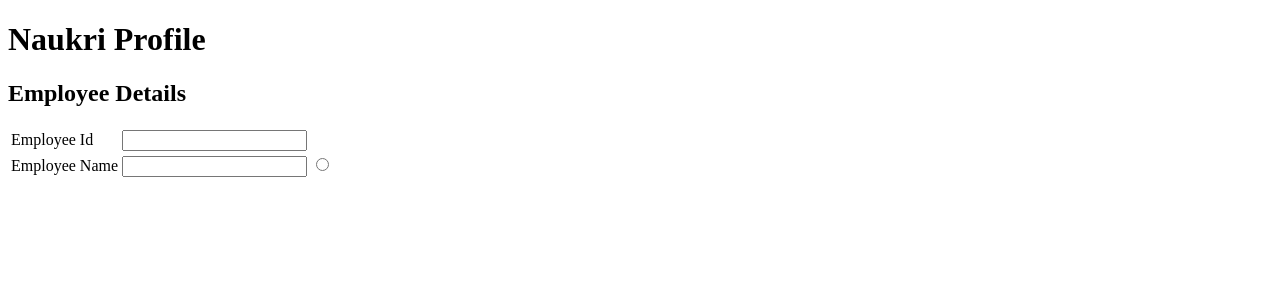
Repository: Ravikumarh6166/my-first-repo
Page: filterapp/src/main/webapp/registrationform.html
An editor plug-in stored every save of this project. The page is shown before and after the next save, followed by the edit.
The browser window is 1280 px wide. The pictures show the whole page.

Above is the page before, as saved 2022-08-30 06:45:47.

### filterapp/src/main/webapp/registrationform.html
<!DOCTYPE html>
<html>
<head>
<meta charset="UTF-8">
<title>Insert title here</title>
</head>
<body>
<h1>Naukri Profile</h1>
<h2>Employee Details</h2>
<form action="./reg" method="post">
<table>
<tr>
<td>Employee Id</td>
<td><input type="text" name="eid">
</tr>

<tr>
<td>Employee Name</td>
<td><input type="text" name="ename">
<input type="radio" value="Male">
</tr>


</table>
</form>
</body>
</html>

After the next save:
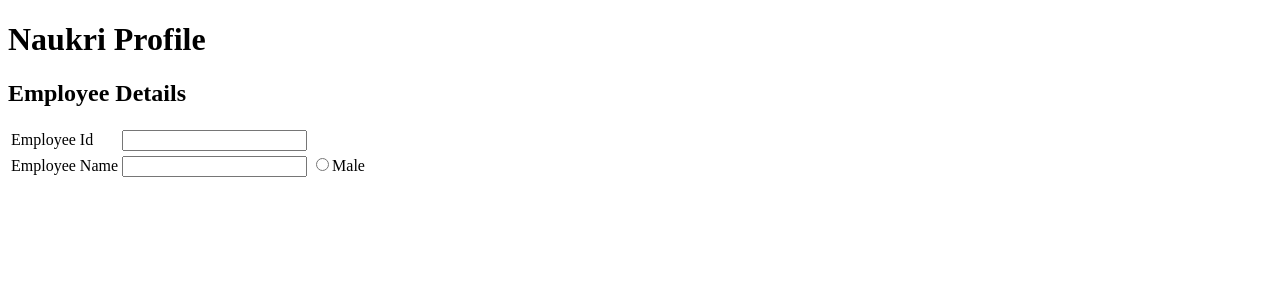
Saved 74 s later.
--- a/filterapp/src/main/webapp/registrationform.html
+++ b/filterapp/src/main/webapp/registrationform.html
@@ -17,7 +17,7 @@
 <tr>
 <td>Employee Name</td>
 <td><input type="text" name="ename">
-<input type="radio" value="Male">
+<input type="radio" name="Gender" value="Male">Male
 </tr>
 
 

After the save that followed:
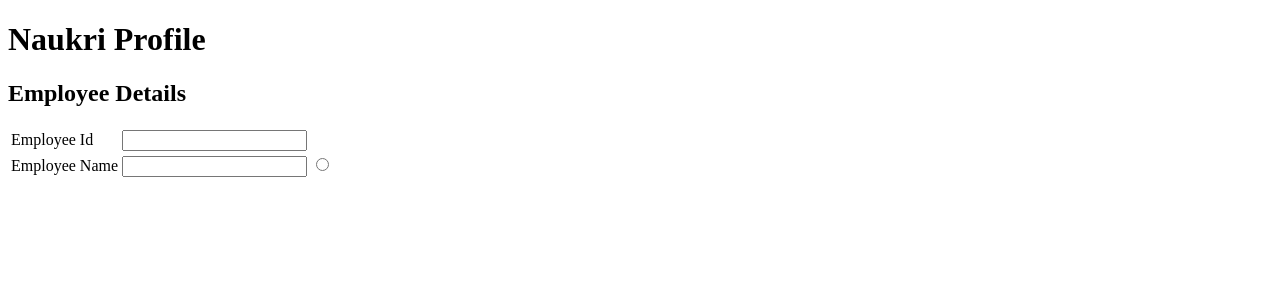
Saved 14 s later.
--- a/filterapp/src/main/webapp/registrationform.html
+++ b/filterapp/src/main/webapp/registrationform.html
@@ -17,7 +17,7 @@
 <tr>
 <td>Employee Name</td>
 <td><input type="text" name="ename">
-<input type="radio" name="Gender" value="Male">Male
+<input type="radio" name="Gender" value="Male">
 </tr>
 
 
